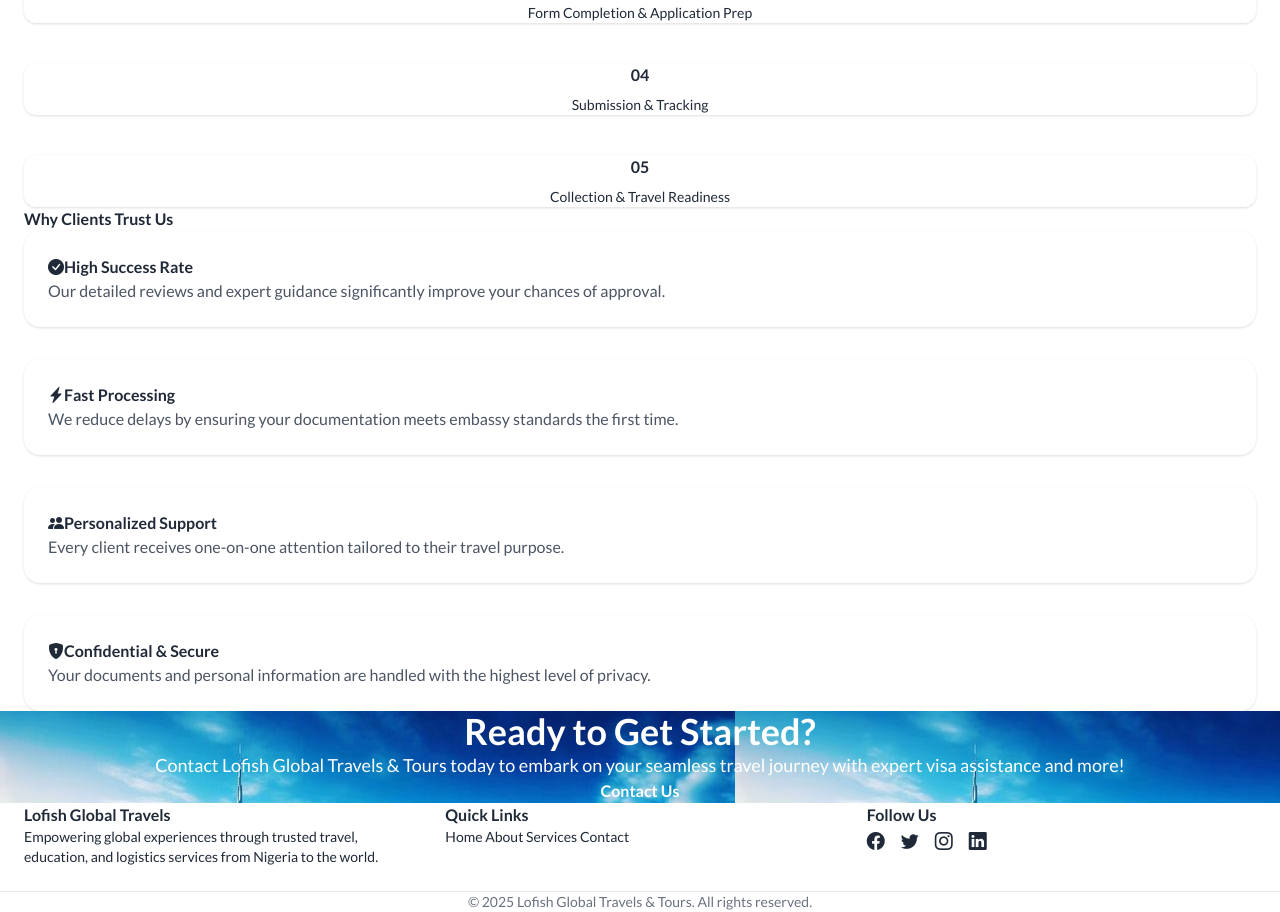
Repository: PhantomMiles/Lofish-Travels-and-Tours
Page: visa.html
These files come from the project's save history. The page is drawn as it stood at one moment and after the next save; the edit follows.
The browser window is 1280 px wide. The pictures show the part of the page from y = 1193 to 2145 px (the page is 2105 px tall before and 2145 px after).
A picture or video elsewhere on the page could not be fetched, so the positions and the page height are approximate.

Above is the page before, as saved 2025-11-14 14:21:41.

After the next save:
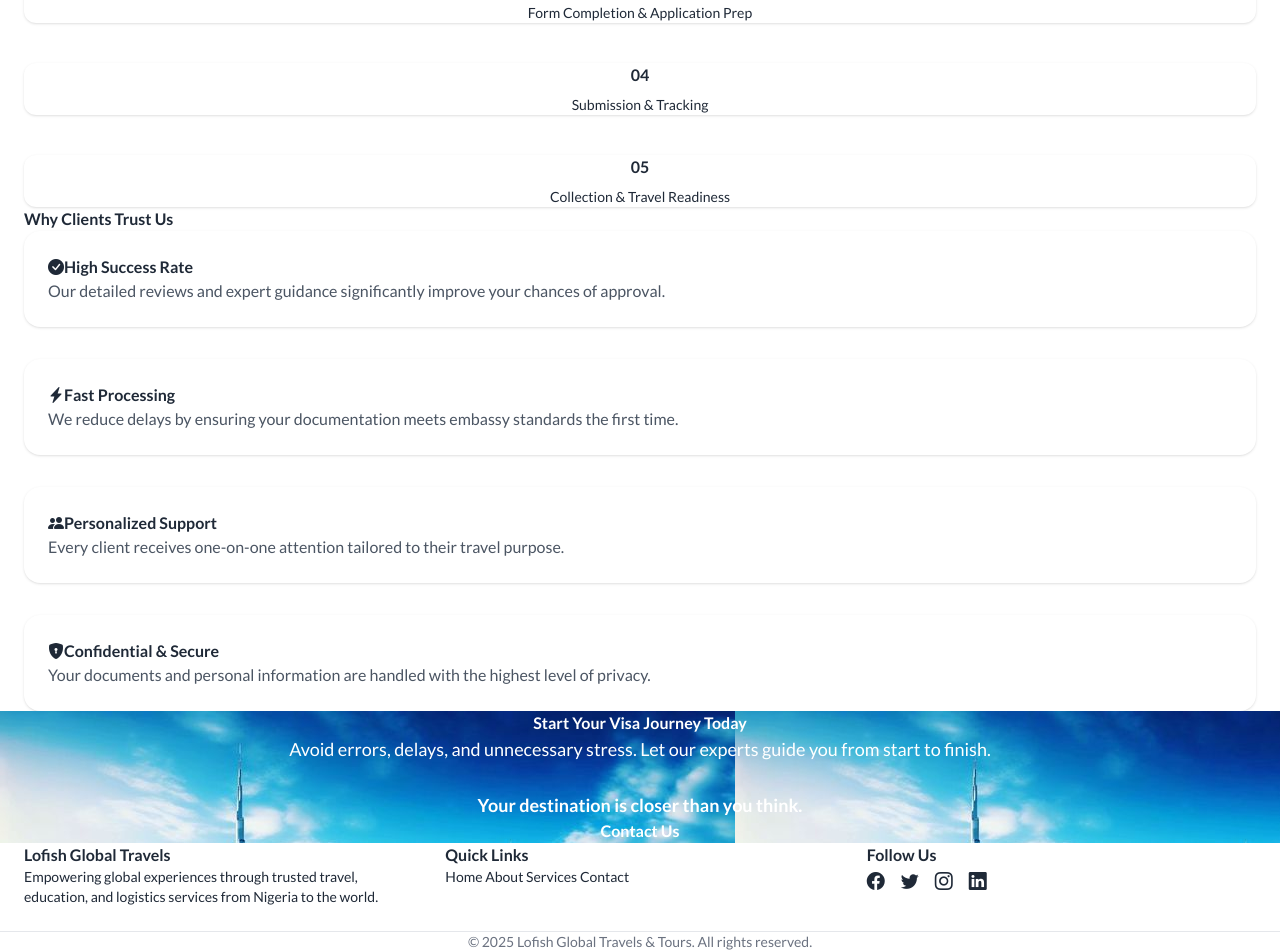
Saved 9 s later.
--- a/visa.html
+++ b/visa.html
@@ -250,10 +250,12 @@
     <div class="absolute inset-0 bg-black/70"></div>
 
     <div class="relative z-10 max-w-3xl mx-auto px-6">
-      <h2 class="text-4xl font-bold mb-4">Ready to Get Started?</h2>
-      <p class="text-lg text-blue-100 mb-6">
-        Contact Lofish Global Travels & Tours today to embark on your seamless travel journey with expert visa assistance and more!
-      </p>
+      <h3 class="text-3xl font-bold text-teal-700 mb-4">Start Your Visa Journey Today</h3>
+            <p class="text-gray-700 text-lg leading-relaxed">
+            Avoid errors, delays, and unnecessary stress. Let our experts guide you from start to finish.
+            <br /><br />
+            <strong>Your destination is closer than you think.</strong>
+            </p>
 
       <a href="contact.html"
         class="px-8 py-3 font-semibold text-black bg-gold rounded-md hover:bg-yellow-400 transition">
